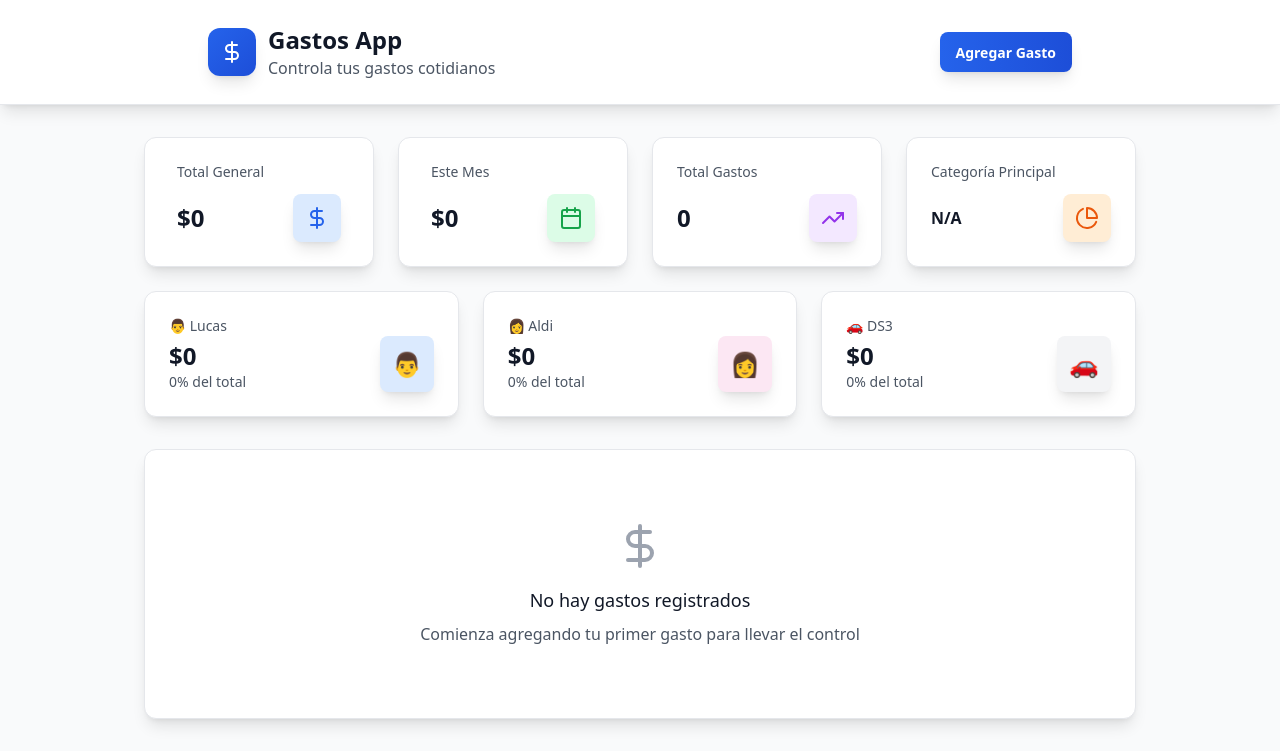
Repository: lucastenaglia/Gastosapp
Page: /
These files come from the project's save history. The page is drawn as it stood at one moment and after the next save; the edit follows.
The browser window is 1280 px wide. The pictures show the whole page.
The page's requests for data from a server got no answer. The project was rebuilt for these pictures with package versions that can differ from the ones it lists, and the page was loaded fresh each time. No one was signed in, and anything a server would have sent is missing. Also part of the build but not shown: vite.config.js, src/components/ExpenseForm.jsx.

Above is the page before, as saved 2025-08-13 18:52:06.

After the next save:
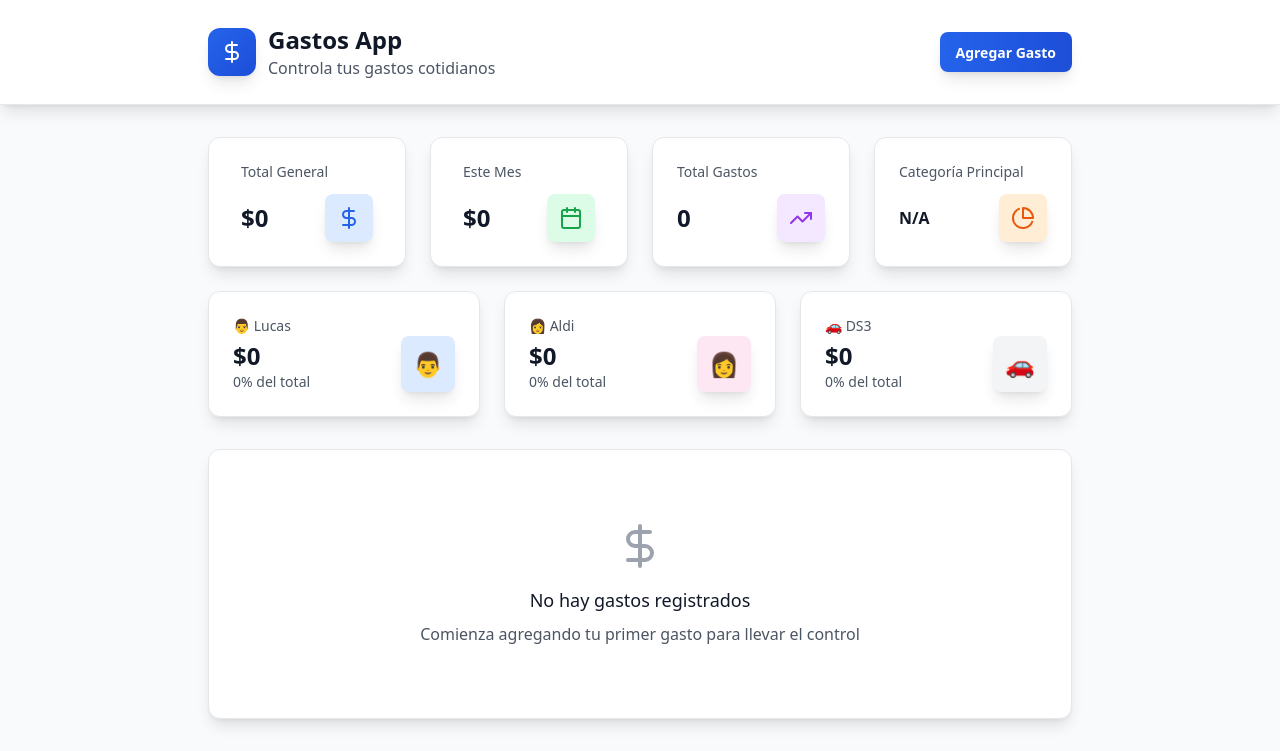
Saved 9 s later.
--- a/src/App.jsx
+++ b/src/App.jsx
@@ -88,7 +88,7 @@ function App() {
     <div className="min-h-screen bg-gray-50">
       <Header onAddExpense={() => setIsFormOpen(true)} />
 
-      <main className="container mx-auto px-4 py-8 max-w-5xl">
+      <main className="container mx-auto px-4 py-8 max-w-4xl">
         {error && (
           <div className="bg-red-100 border border-red-400 text-red-700 px-4 py-3 rounded mb-6">
             {error}
